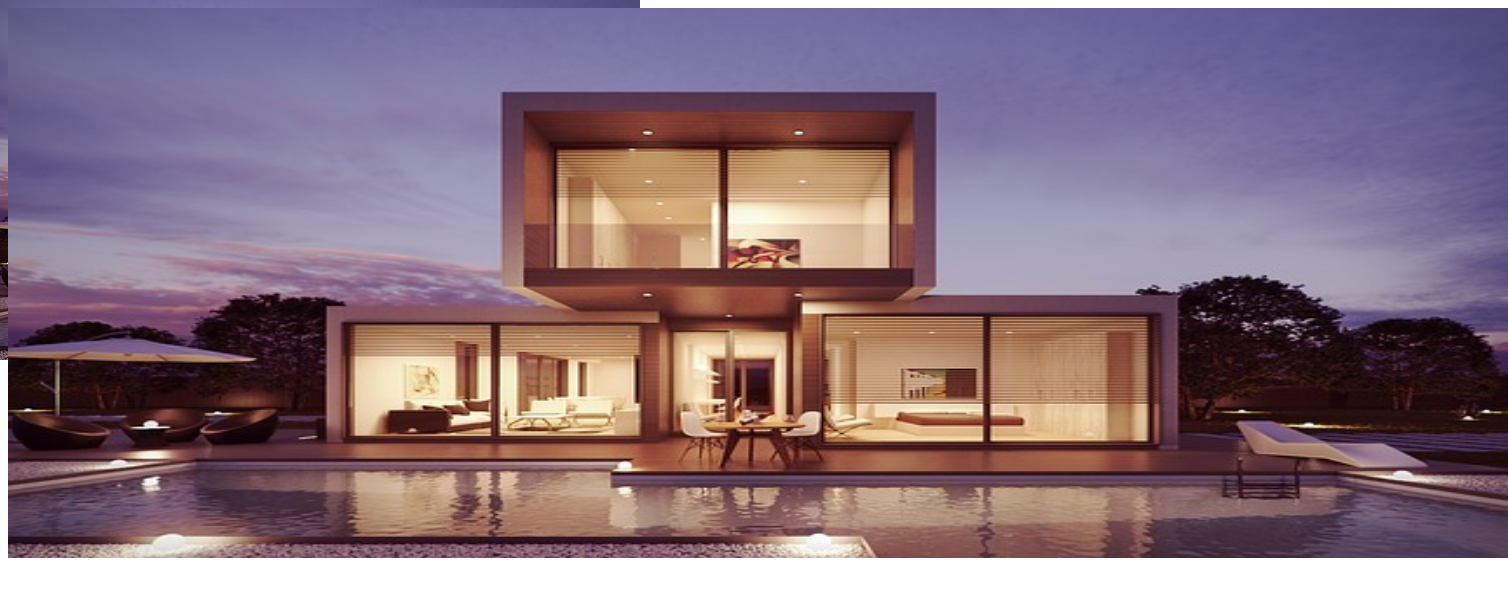
Repository: khadri2021/A2023_Task_Property_Management
Page: AdderssMakersWeb/WebContent/bottom.html
The author's editor kept a copy of each file at every save. The page is drawn from the files as they stood at one save, then again after the next save.
The browser window is 1280 px wide. The page is 1508 px wide, so the pictures cover 1508 px, including what lies to the right of the window. The pictures show the whole page.

Above is the page before, as saved 2024-02-11 11:23:10.

After the next save:
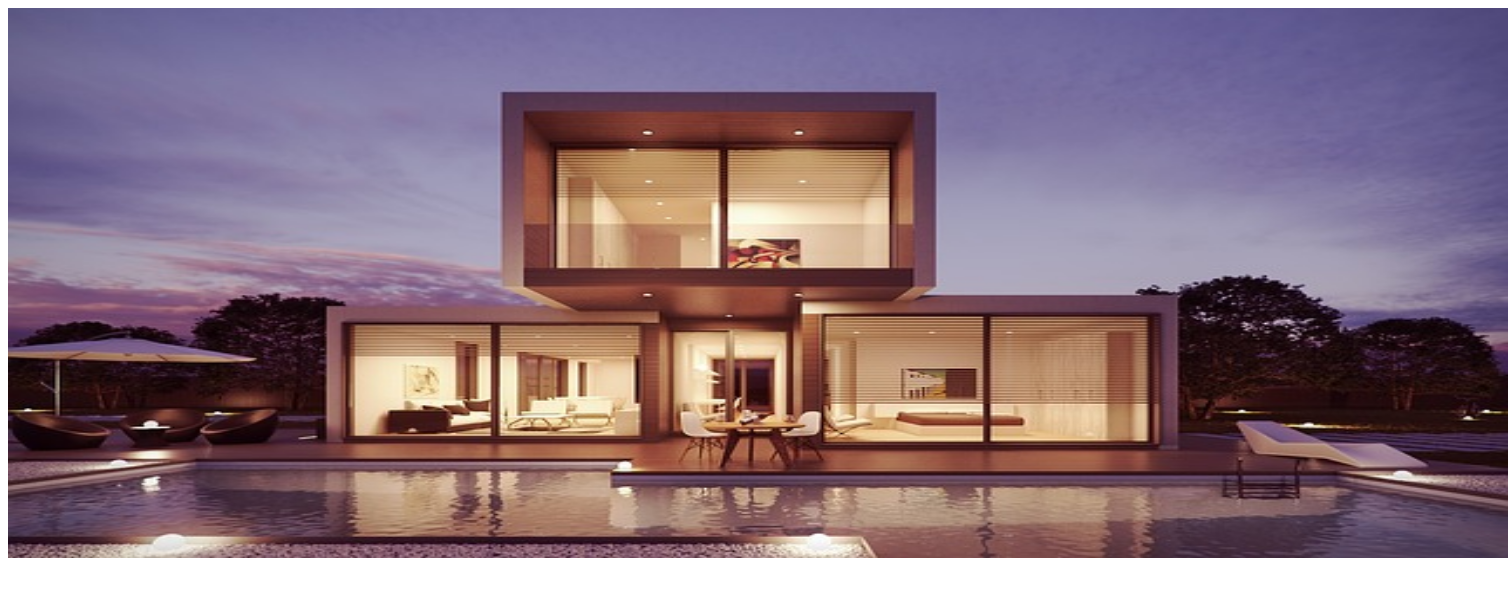
Saved 56 s later.
--- a/AdderssMakersWeb/WebContent/bottom.html
+++ b/AdderssMakersWeb/WebContent/bottom.html
@@ -3,25 +3,8 @@
 <head>
 <meta charset="ISO-8859-1">
 <title>HomePage</title>
-<style>
-
-body {
- background-image: url(home.jpg);
- background-repeat: no-repeat;
- background-attachment: fixed;
- background-size: 100;
 
 
-
-}
-
-
-
-
-
-
-
-</style>
 </head>
 <body>
 <tr>
